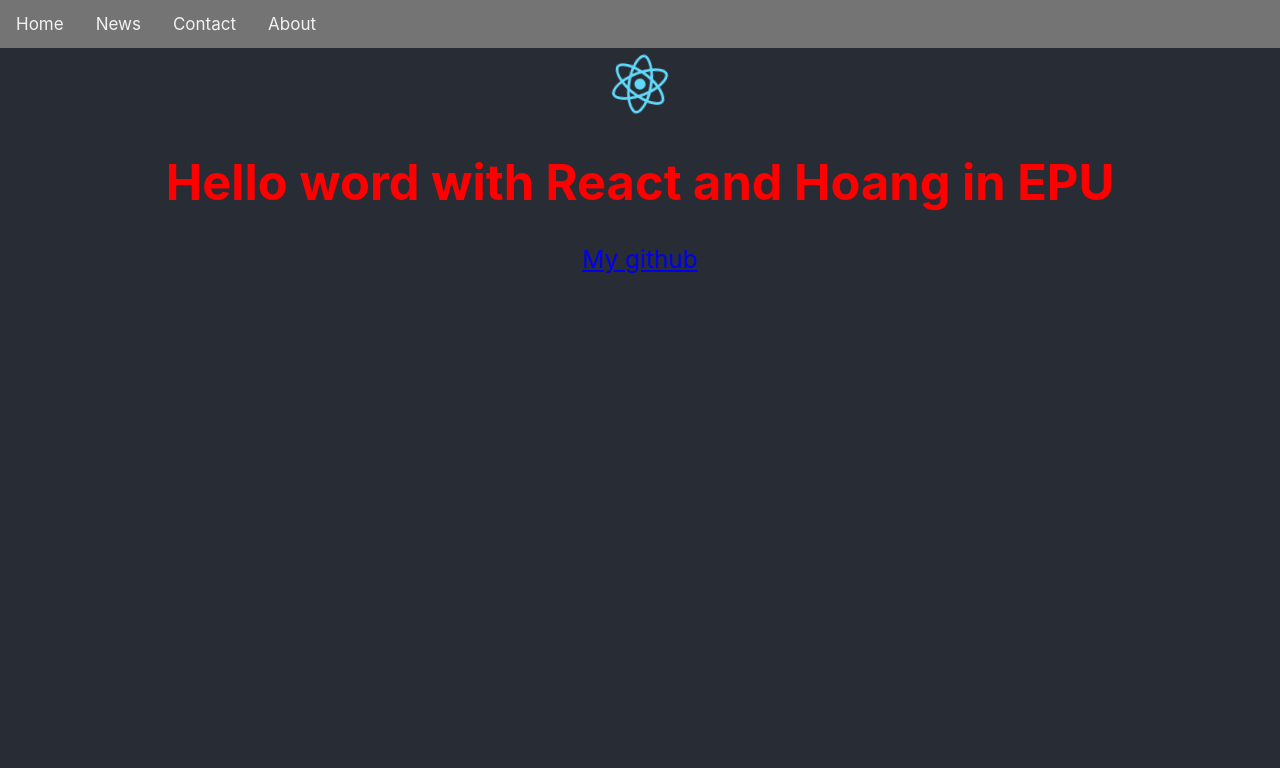
Repository: hoang0508/ReactJsHookBasic
Page: /
These files come from the project's save history. The page is drawn as it stood at one moment and after the next save; the edit follows.
The browser window is 1280 px wide. The pictures show the whole page.
The project was rebuilt for these pictures with package versions that can differ from the ones it lists, and the page was loaded fresh each time.

Above is the page before, as saved 2021-11-08 23:30:28.

After the next save:
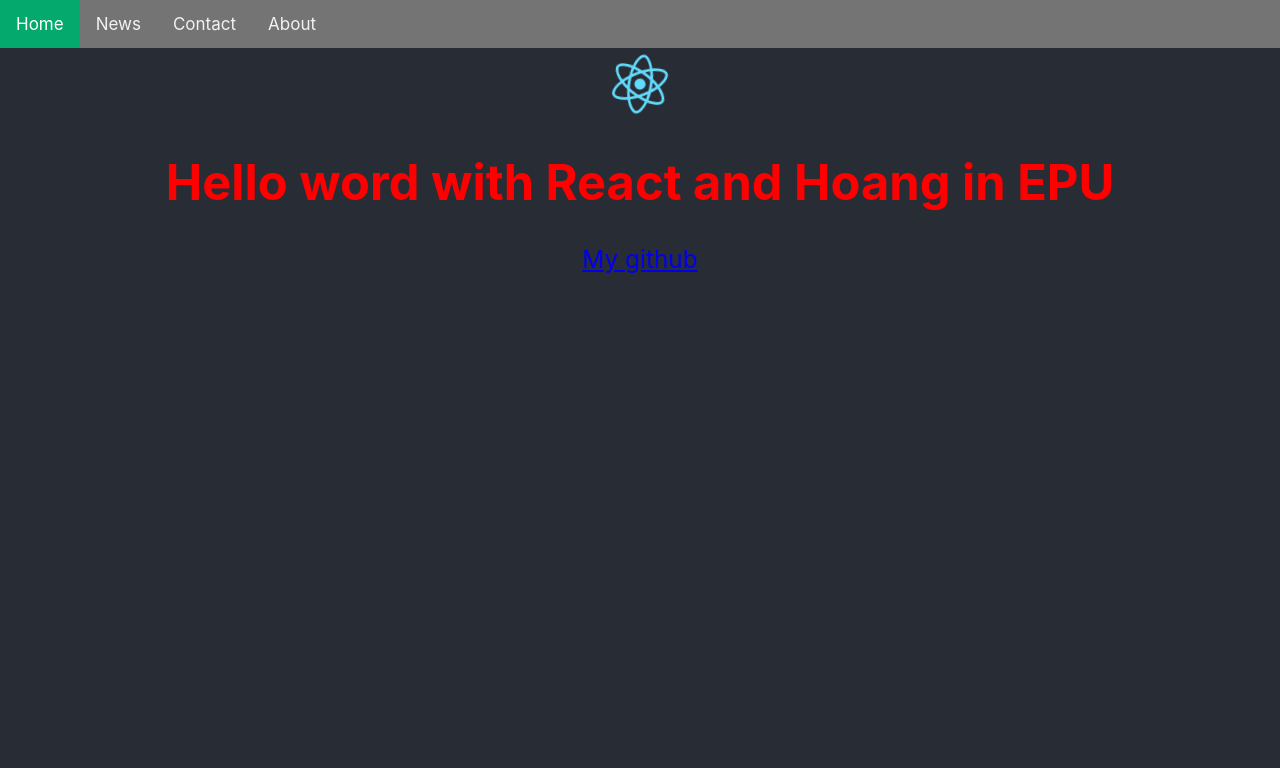
Saved 29 s later.
--- a/src/views/Nav.scss
+++ b/src/views/Nav.scss
@@ -12,9 +12,9 @@
       background-color: #ddd;
       color: black;
     }
-    .active {
-      background-color: #04aa6d;
-      color: white;
-    }
+  }
+  a.active {
+    background-color: #04aa6d;
+    color: white;
   }
 }
